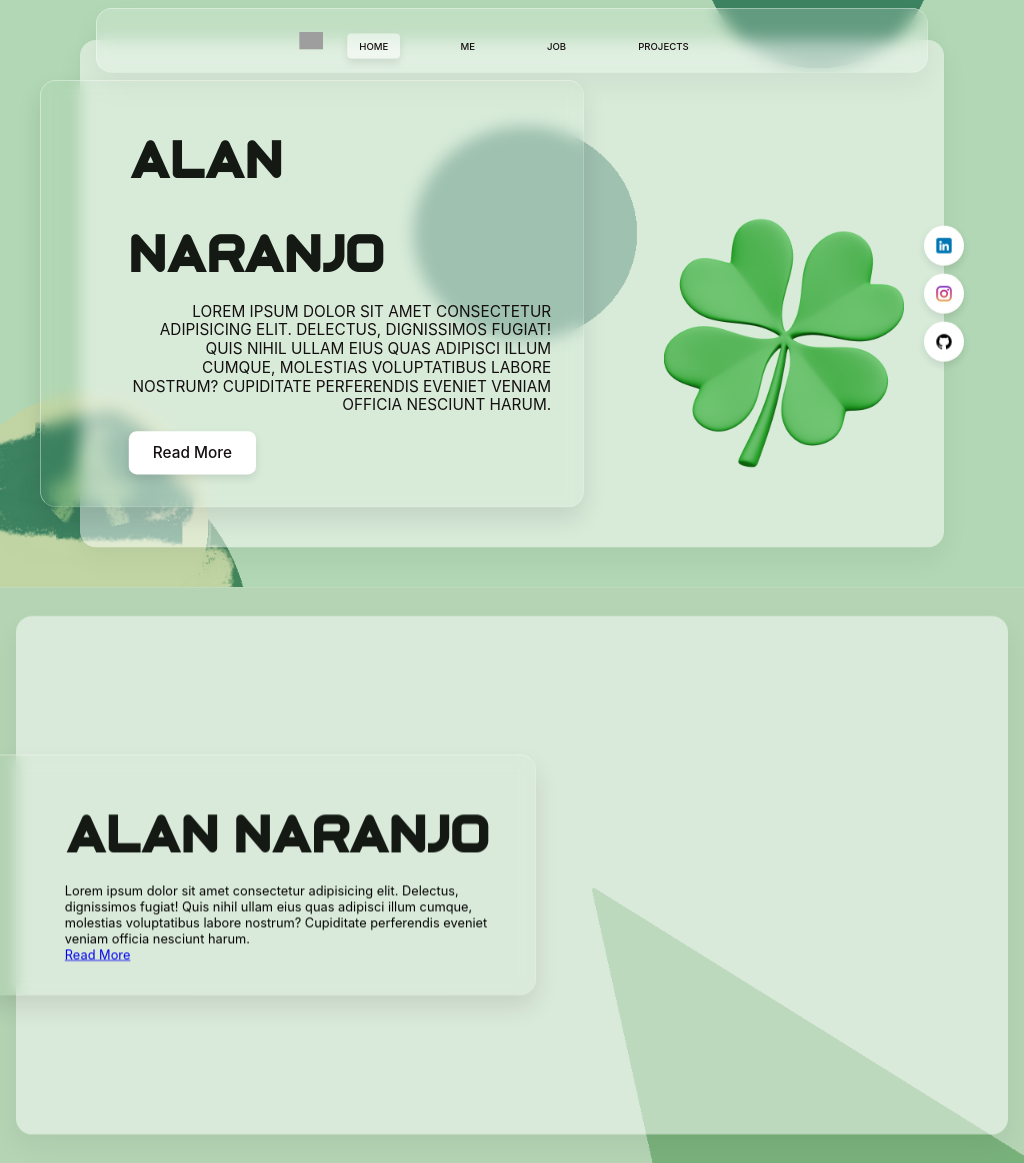
Repository: L-A-M-J-O/Me-sitio-Web
Page: / (app in my-project/)
These files come from the project's save history. The page is drawn as it stood at one moment and after the next save; the edit follows.
The browser window is 1280 px wide. The pictures show the whole page, at 80% of full size.
Pictures or frames that could not be fetched are drawn as grey boxes. Backgrounds fixed to the window are drawn as part of the page. The project was rebuilt for these pictures with package versions that can differ from the ones it lists, and the page was loaded fresh each time.

Above is the page before, as saved 2022-09-20 16:03:57.

### my-project/src/App.jsx
import './App.css';
import Me from './components/Me/Me';

import Navbar from './components/Navbar/Navbar'


function App() {
  return (
    <>
      <Navbar/>
      <Me/>
    </>


  );
}

export default App;

### my-project/src/App.css
 * {
    margin: 0;
    padding: 0;
    box-sizing: border-box;
 }

### my-project/src/components/Me/Me.jsx
import React from 'react'

import '../Me/Me.css'

import {Link } from 'react-scroll'

function Me() {
  return (
    <div className='section-me' id='me'>
      <div className='container-m-me'>
        <div className='row justify-content-end'>
          <div className='col-12'>
            <div className='content-me'>
            <h2>Alan Naranjo</h2>
            <p>Lorem ipsum dolor sit amet consectetur adipisicing elit. Delectus, dignissimos fugiat! Quis nihil ullam eius quas adipisci illum cumque, molestias voluptatibus labore nostrum? Cupiditate perferendis eveniet veniam officia nesciunt harum.</p>
            <Link href='#'>Read More</Link>
          </div>
          </div>
        </div>
      </div>
    </div>
  )
}

export default Me

### my-project/src/components/Navbar/Navbar.jsx
import React from 'react'

import {Link} from 'react-scroll'

import logotipo from '../../assets/img/logotipo.png'
import icon from '../../assets/img/icon.png'
import instagram from '../../assets/img/instagram.png'
import linkedin from '../../assets/img/linkedin.png'
import github from '../../assets/img/github.png'

import '../Navbar/Navbar.css'


function Navbar() {
  return (
    <section id='nav'>
      <div className='container-m'>
        <header>
          <Link to='nav' className='logo'><img src={ icon} alt='icon' width={30}/></Link>
          <ul>
            <li><Link to='nav' className='active'>Home</Link></li>
            <li><Link to='me' href='#' className=''>Me</Link></li>
            <li><Link href='#' className=''>Job</Link></li>
            <li><Link href='#' className=''>Projects</Link></li>
          </ul>
        </header>
        <div className='content'>
          <h2>Alan Naranjo</h2>
          <p>Lorem ipsum dolor sit amet consectetur adipisicing elit. Delectus, dignissimos fugiat! Quis nihil ullam eius quas adipisci illum cumque, molestias voluptatibus labore nostrum? Cupiditate perferendis eveniet veniam officia nesciunt harum.</p>
          <Link href='#'>Read More</Link>
        </div>
        <div className='img-icon'>
          <img src={ logotipo } alt='logotipo'/>
        </div>
        <ul className='sci'>
          <li><Link href='#'><img src={linkedin} alt='linkedin'/></Link></li>
          <li><Link href='#'><img src={instagram} alt='instagram'/></Link></li>
          <li><Link href='#'><img src={github} alt='github'/></Link></li>
        </ul>
      </div>
    </section>
  )
}

export default Navbar

### my-project/src/components/Me/Me.css
.section-me {
    display: flex;
    justify-content: center;
    align-items: center;
    min-height: 100vh;
    background-image: url(../../assets/img/banner1.png);
    background-position: center;
    background-attachment: fixed;
    padding: 20px;
}
.container-m-me {
    position: relative;
    width: 100%;
    height: 90vh;
    background-color: rgba(255, 255, 255, 0.5);
    box-shadow:  0 15px 35px rgba(0, 0, 0, 0.05);
    border-radius: 20px;
    display: flex;
    justify-content: space-between;
    align-items: center;
    padding: 50px;
}

.content-me {
    transform: translateX(-100px);
    max-width: 700px;
    box-shadow:  0 15px 30px rgba(0, 0, 0, 0.1);
    border-radius: 20px;
    backdrop-filter: blur(10px);
    border: 1px solid rgba(255, 255, 255, 0.25);
    border-top: 1px solid rgba(255, 255, 255, 0.5);
    border-left: 1px solid rgba(255, 255, 255, 0.5);
    padding: 40px;
    padding-left: 110px;
}
.content-me h2 {
    font-family: Osiris;
    font-size: 4rem;
    line-height: 1.85;
    text-transform: lowercase;
    margin: 0;
    color: #141914;
}
.content p {
    text-align: end;
    border: var(--default-border-width) solid var(--default-border-color);
    border-radius: var(--default-border-radius);
    text-transform: uppercase;
    font-weight: 400;
    font-size: max(12px,.9375vw);
    line-height: 1.2222222222;
    transition: background-color .15s ease-in-out;
    -webkit-appearance: none;
    appearance: none;
    font-size: 1.2em;
    color: #140f10;
}
.content a {
    display: inline-block;
    padding: 15px 30px;
    background: #fff;
    color: #140f10;
    margin-top: 20px;
    border-radius: 10px;
    font-size: 1.2em;
    font-weight: 500;
    text-decoration: none;
    box-shadow:  0 5px 10px rgba(0, 0, 0, 0.1);
}

### my-project/src/components/Navbar/Navbar.css
@font-face {
    font-family: Osiris;
    src: url(../../assets//img/Osiris.otf);
}

section {
    display: flex;
    justify-content: center;
    align-items: center;
    min-height: 100vh;
    background-image: url(../../assets/img/banner.png);
    background-position: center;
    background-attachment: fixed;
    padding: 50px;
}
.container-m{
    position: relative;
    width: calc(100% - 100px);
    height: 88vh;
    background-color: rgba(255, 255, 255, 0.5);
    box-shadow:  0 15px 35px rgba(0, 0, 0, 0.05);
    border-radius: 20px;
    display: flex;
    justify-content: space-between;
    align-items: center;
    padding: 50px;
}
header {
    position: absolute;
    top: -40px;
    right: 20px;
    left: 20px;
    padding: 20px 50px;
    display: flex;
    justify-content: center;
    align-items: baseline;
    background: rgba(255, 255, 255, 0.2);
    box-shadow:  0 15px 35px rgba(0, 0, 0, 0.05);
    border-radius: 20px;
    backdrop-filter: blur(10px);
    border: 1px solid rgba(255, 255, 255, 0.25);
    border-top: 1px solid rgba(255, 255, 255, 0.5);
    border-left: 1px solid rgba(255, 255, 255, 0.5);
}

header .logo {
    color: #140f10;
    font-weight: 700;
    text-decoration: none;
    font-size: 2rem;
}
header ul {
    display: flex;
}
header ul li {
    list-style: none;
    margin:  0 30px;
}
header ul li a {
    border: var(--default-border-width) solid var(--default-border-color);
    border-radius: var(--default-border-radius);
    text-transform: uppercase;
    font-weight: 500;
    font-size: max(12px,.9375vw);
    padding: 0 1.3333em;
    height: 2.5555em;
    line-height: 1.2222222222;
    transition: background-color .15s ease-in-out;
    -webkit-appearance: none;
    appearance: none;
    text-decoration: none;
    color: #140f10;
    padding: 8px 15px;
    border-radius: 25px;
    cursor: pointer;
}
header ul li a:hover,
header ul li a.active {
    border-radius: 5px;
    background-color: #ffffff81;
    color: #140f10;
    box-shadow: 0 5px 10px rgba(0, 0, 0, 0.1);
}

.content {
    transform: translateX(-100px);
    max-width: 700px;
    box-shadow:  0 15px 30px rgba(0, 0, 0, 0.1);
    border-radius: 20px;
    backdrop-filter: blur(10px);
    border: 1px solid rgba(255, 255, 255, 0.25);
    border-top: 1px solid rgba(255, 255, 255, 0.5);
    border-left: 1px solid rgba(255, 255, 255, 0.5);
    padding: 40px;
    padding-left: 110px;
}
.content h2 {
    font-family: Osiris;
    font-size: 4rem;
    line-height: 1.85;
    text-transform: lowercase;
    margin: 0;
    color: #141914;
}
.content p {
    text-align: end;
    border: var(--default-border-width) solid var(--default-border-color);
    border-radius: var(--default-border-radius);
    text-transform: uppercase;
    font-weight: 400;
    font-size: max(12px,.9375vw);
    line-height: 1.2222222222;
    transition: background-color .15s ease-in-out;
    -webkit-appearance: none;
    appearance: none;
    font-size: 1.2em;
    color: #140f10;
}
.content a {
    display: inline-block;
    padding: 15px 30px;
    background: #fff;
    color: #140f10;
    margin-top: 20px;
    border-radius: 10px;
    font-size: 1.2em;
    font-weight: 500;
    text-decoration: none;
    box-shadow:  0 5px 10px rgba(0, 0, 0, 0.1);
}
.img-icon img {
    max-width: 400px;
    animation: animate 5s linear infinite;
}
@keyframes animate {
    0%,100%{
        transform: translateY(50px);
    }
    50% {
        transform: translateY(100px);
    }
}
.sci {
    position: absolute;
    right: -25px;
    display: flex;
    justify-content: center;
    align-items: center;
    flex-direction: column;
}
.sci li {
    list-style: none;
}
.sci li a {
    text-decoration: none;
    width: 50px;
    height: 50px;
    background: #fff;
    display: flex;
    justify-content: center;
    align-items: center;
    border-radius: 50%;
    margin: 5px 0;
    box-shadow: 0 5px 10px rgba(0, 0, 0, 0.1);
}
.sci li a img {
    transform: scale(0.6);
    transition: 0.5s;
}
sci li:hover a img {
    transform: scale(0.6) rotate(360deg);
}

Loaded but not shown: my-project/src/index.js (common file); my-project/src/index.css (common file); my-project/src/reportWebVitals.js (common file)

After the next save:
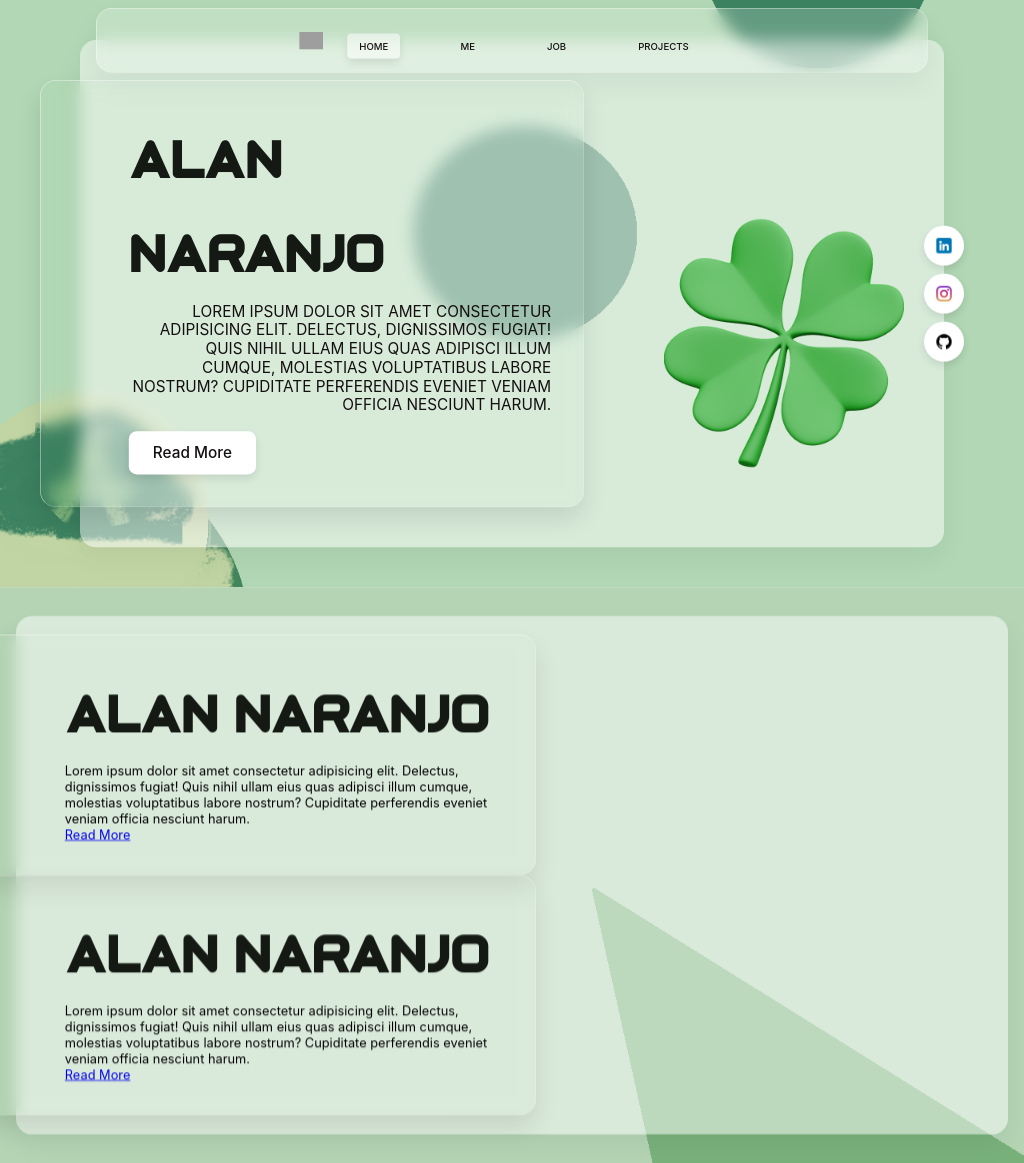
Saved 15 s later.
--- a/my-project/src/components/Me/Me.jsx
+++ b/my-project/src/components/Me/Me.jsx
@@ -16,6 +16,13 @@ function Me() {
             <Link href='#'>Read More</Link>
           </div>
           </div>
+          <div className='col-12'>
+            <div className='content-me'>
+            <h2>Alan Naranjo</h2>
+            <p>Lorem ipsum dolor sit amet consectetur adipisicing elit. Delectus, dignissimos fugiat! Quis nihil ullam eius quas adipisci illum cumque, molestias voluptatibus labore nostrum? Cupiditate perferendis eveniet veniam officia nesciunt harum.</p>
+            <Link href='#'>Read More</Link>
+          </div>
+          </div>
         </div>
       </div>
     </div>
